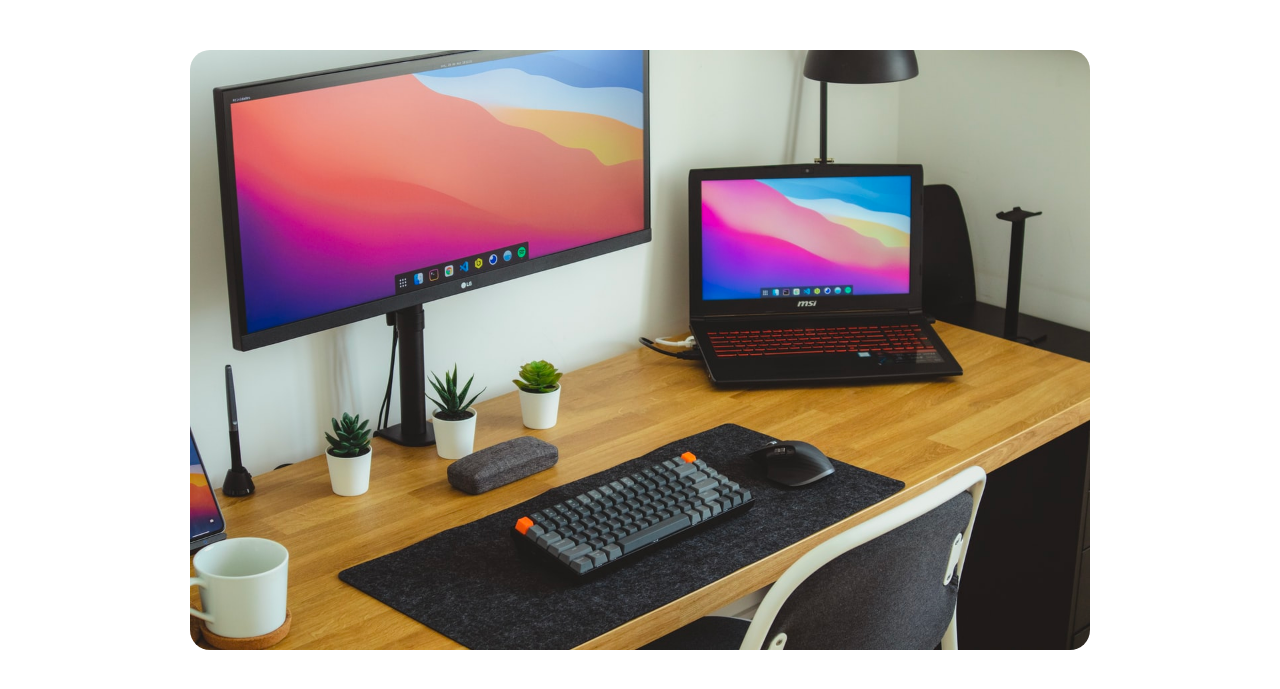
Repository: vyprodaica02/learning
Page: img-zoom/index.html
These files come from the project's save history. The page is drawn as it stood at one moment and after the next save; the edit follows.
The browser window is 1280 px wide. The pictures show the whole page.

Above is the page before, as saved 2022-03-23 14:48:29.

After the next save:
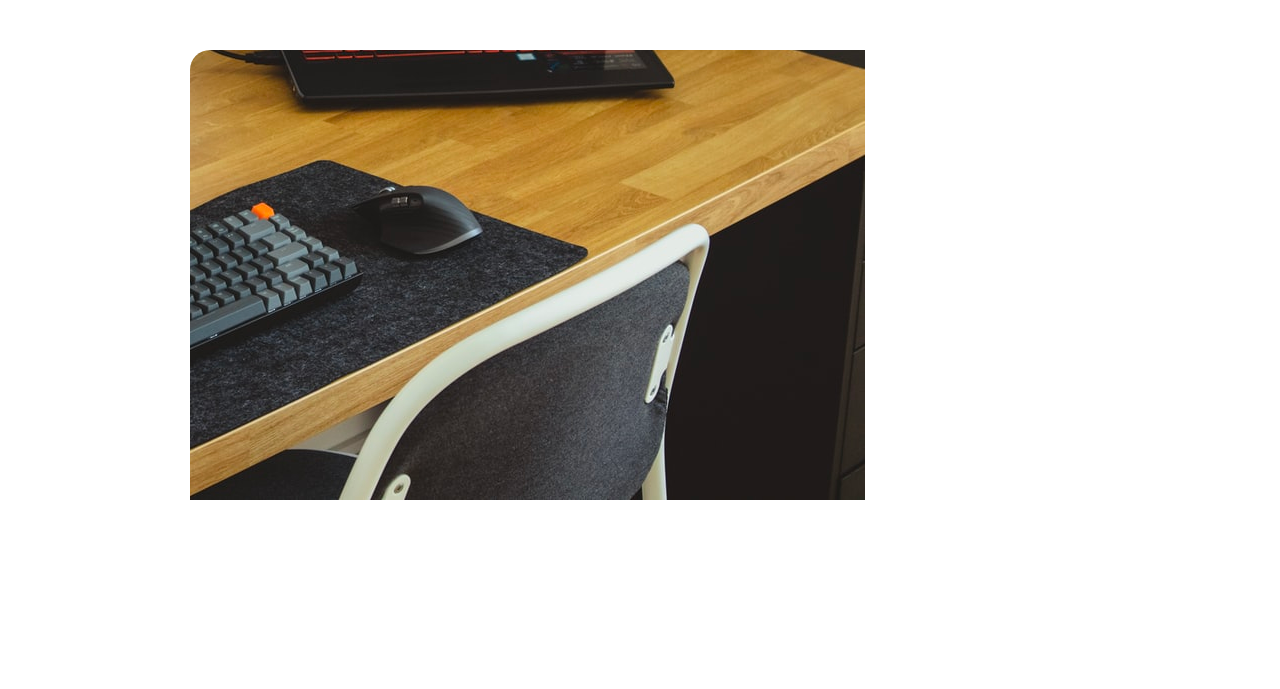
Saved 2 min 35 s later.
--- a/img-zoom/app.js
+++ b/img-zoom/app.js
@@ -13,5 +13,5 @@
     let imageWidth = image.offsetWidth;
     let imageHeight = image.offsetHeight;
 
-
+    image.style = `left: ${0}px; top: ${0}px; width: auto; height: auto; max-height: unset`
 })

After the 2 saves that followed:
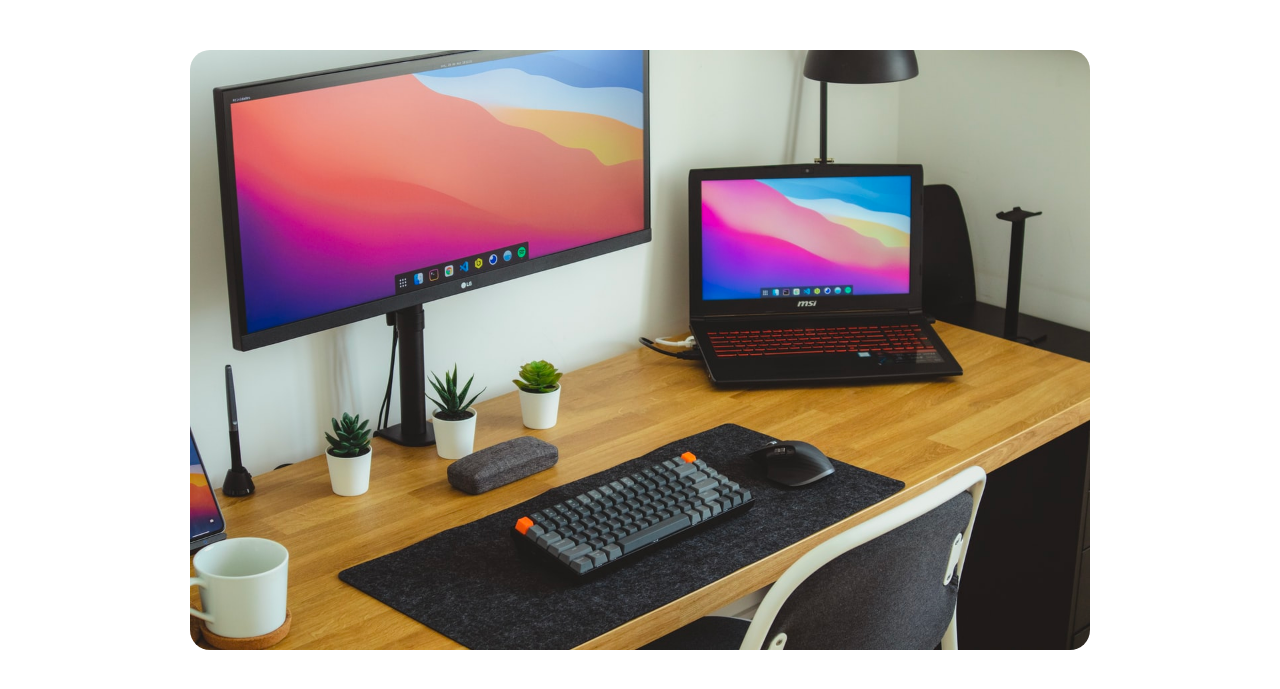
Console error: ReferenceError: px is not defined
The 2 saves are shown as one change because they came seconds apart.
The last was saved 34 s later.
--- a/img-zoom/app.js
+++ b/img-zoom/app.js
@@ -12,6 +12,6 @@
     }
     let imageWidth = image.offsetWidth;
     let imageHeight = image.offsetHeight;
-
+    let x = px;
     image.style = `left: ${0}px; top: ${0}px; width: auto; height: auto; max-height: unset`
 })
